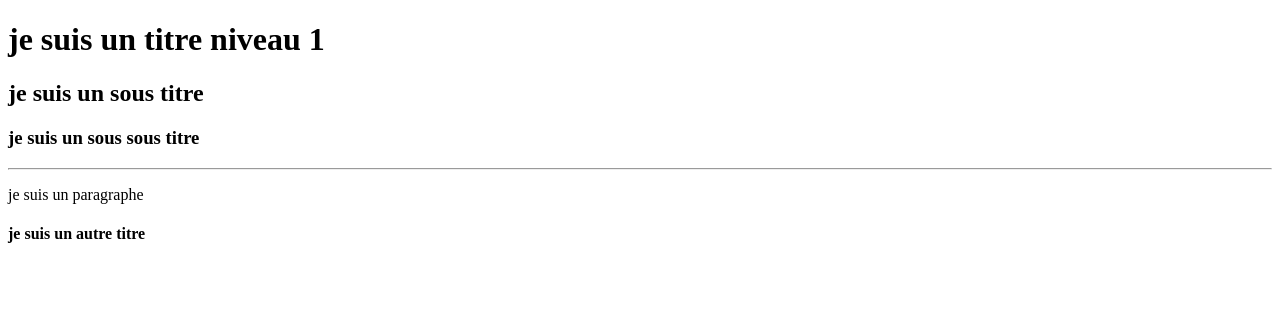
Repository: serviceshuios/Git-Aix-Web
Page: bases-html/WebContent/index.html
These files come from the project's save history. The page is drawn as it stood at one moment and after the next save; the edit follows.
The browser window is 1280 px wide. The pictures show the whole page.

Above is the page before, as saved 2018-10-22 09:43:37.

### bases-html/WebContent/index.html
<!DOCTYPE html>
<html>
	<head>
		<meta charset="utf-8"/>
		<title>BASES HTML</title>
	</head>
	<body>
		<!-- je suis un commentaire -->
		<h1>je suis un titre niveau 1</h1>
		<h2>je suis un sous titre</h2>
		<h3>je suis un sous sous titre</h3>
		<hr/>
		<p> je suis un paragraphe</p>
		<h4>je suis un autre titre</h4>
	</body>
</html>

After the next save:
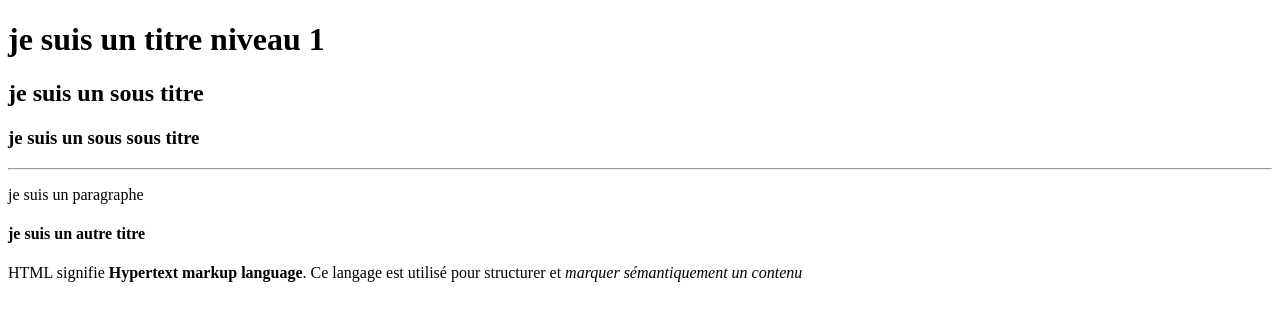
Saved 14 min 22 s later.
--- a/bases-html/WebContent/index.html
+++ b/bases-html/WebContent/index.html
@@ -12,5 +12,12 @@
 		<hr/>
 		<p> je suis un paragraphe</p>
 		<h4>je suis un autre titre</h4>
+
+		<!-- strong em et mark -->
+		<p>
+			HTML signifie <strong>Hypertext markup language</strong>. Ce langage est utilisé pour
+			structurer et <em>marquer sémantiquement un contenu</em>
+		</p>
 	</body>
+
 </html>
